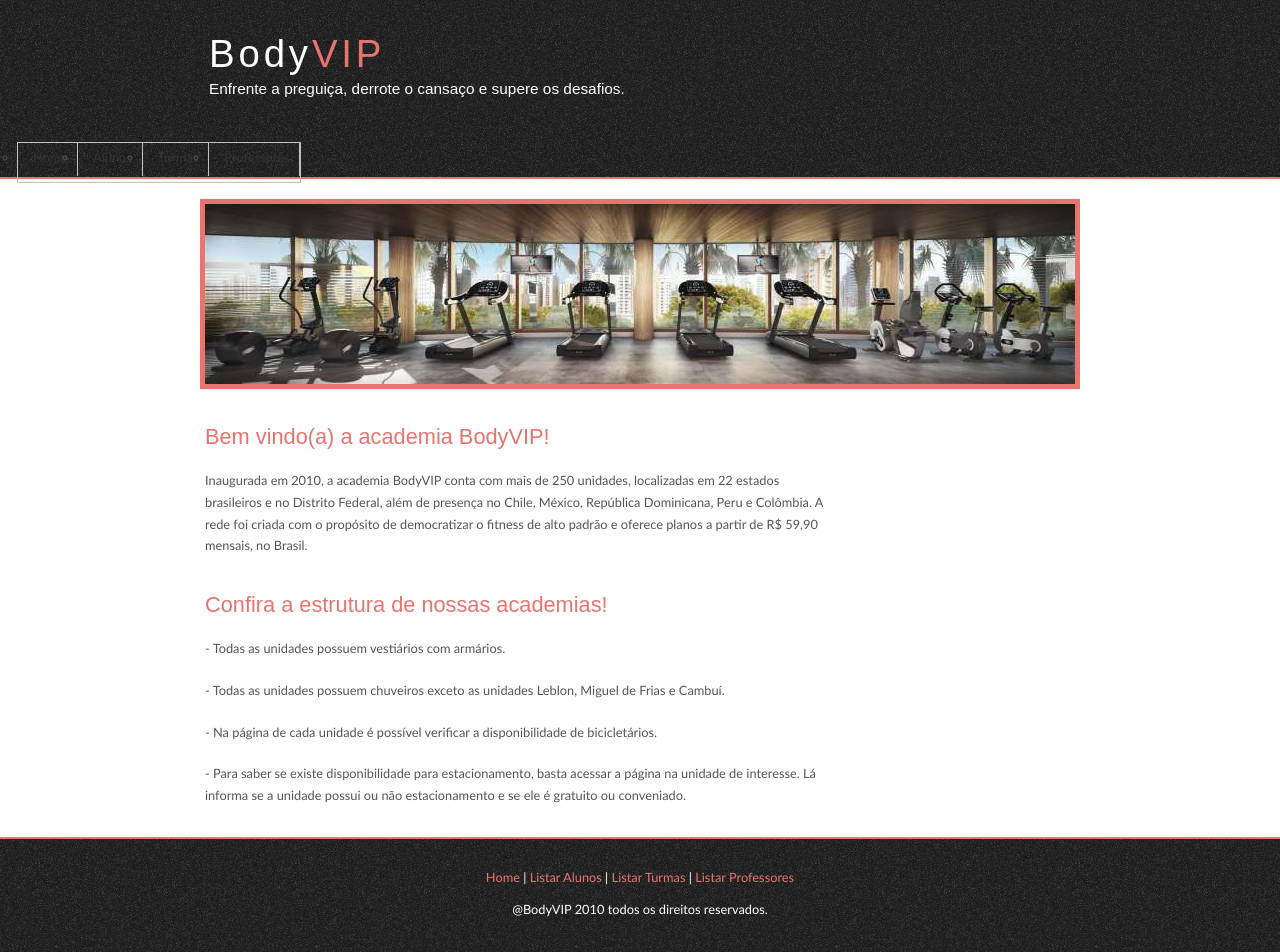
Repository: Thais-Ferreira/Projeto_bodyVIP
Page: http://localhost/BodyVIP/home.jsp
The author's editor kept a copy of each file at every save. The page is drawn from the files as they stood at one save, then again after the next save.
The browser window is 1280 px wide. The pictures show the whole page.
The page is served by Tomcat 9. Other server files are loaded and not shown.

Above is the page before, as saved 2017-06-21 18:58:49.

### BodyVIP/WebContent/home.jsp
<%@ page language="java" contentType="text/html; charset=ISO-8859-1"
    pageEncoding="ISO-8859-1"%>
<!DOCTYPE html PUBLIC "-//W3C//DTD HTML 4.01 Transitional//EN" "http://www.w3.org/TR/html4/loose.dtd">
<html>
<head>
	<meta http-equiv="Content-Type" content="text/html; charset=ISO-8859-1">
	<link rel="stylesheet" type="text/css" href="css/style.css" />
	<title>Home</title>
</head>
<body>
	<div id="main">
    <div id="header">
      <div id="logo">
        <div id="logo_text">
          <h1><a href="home.jsp">Body<span class="logo_colour">VIP</span></a></h1>
          <h2>Enfrente a preguiça, derrote o cansaço e supere os desafios.</h2>
        </div>
      </div>
      <div id="menubar">
        <ul class="menu">
          <li class="selected"><a href="home.jsp">Home</a></li>
          <li><a href="#">Alunos</a>
          	<ul>
          		<li><a href="AlunoController?acao=cadastro">Cadastrar Aluno</a>
          		<li><a href="AlunoController?acao=buscaLista">Listar Alunos</a></li>
          	</ul>
          </li>
          <li><a href="#">Turmas</a>
          	<ul>
          		<li><a href="TurmaController?acao=cadastro">Cadastrar Turma</a></li>
          		<li><a href="TurmaController?acao=buscaLista">Listar Turmas</a></li>
          	</ul>
          </li>
          <li><a href="#">Professores</a>
          	<ul>
          		<li><a href="ProfessorController?acao=cadastro">Cadastrar Professor</a></li>
          		<li><a href="ProfessorController?acao=buscaLista">Listar Professores</a></li>
          	</ul>
          </li>
        </ul>
      </div>
    </div>
    <div id="content_header"></div>
    <div id="site_content">
      <div id="banner"></div>

      <div id="content">
        <h1>Bem vindo(a) a academia BodyVIP!</h1>
        <p>Inaugurada em 2010, a academia BodyVIP conta com mais de 250 unidades, localizadas em 22 estados brasileiros
        e no Distrito Federal, além de presença no Chile, México, República Dominicana, Peru e Colômbia.
        A rede foi criada com o propósito de democratizar o fitness de alto padrão e oferece planos
        a partir de R$ 59,90 mensais, no Brasil.
		</p>
        <h1>Confira a estrutura de nossas academias!</h1>
        <p>- Todas as unidades possuem vestiários com armários.</p>
        <p>- Todas as unidades possuem chuveiros exceto as unidades Leblon, Miguel de Frias e Cambuí.</p>
        <p>- Na página de cada unidade é possível verificar a disponibilidade de bicicletários. </p>
        <p>- Para saber se existe disponibilidade para estacionamento, basta acessar a página na unidade de
        interesse. Lá informa se a unidade possui ou não estacionamento e se ele é gratuito ou conveniado. </p>
      </div>
    </div>
    <div id="content_footer"></div>
    <div id="footer">
      <p><a href="home.jsp">Home</a> | <a href="AlunoController?acao=buscaLista">Listar Alunos</a> | <a href="TurmaController?acao=buscaLista">Listar Turmas</a> | <a href="ProfessorController?acao=buscaLista">Listar Professores</a></p>
      <p>@BodyVIP 2010 todos os direitos reservados.</p>
    </div>
  </div>
</body>
</html>

### BodyVIP/WebContent/css/style.css
@CHARSET "ISO-8859-1";

html
{ height: 100%;}

*
{ margin: 0;
  padding: 0;}

body
{ font: normal .80em 'trebuchet ms', arial, sans-serif;
  background: #FFF;
  color: #555;}

p
{ padding: 0 0 20px 0;
  line-height: 1.7em;}

img
{ border: 0;}

h1, h2, h3, h4, h5, h6
{ color: #E7746F;
  letter-spacing: 0em;
  padding: 0 0 5px 0;}

h1, h2, h3
{ font: normal 170% 'century gothic', arial;
  margin: 0 0 15px 0;
  padding: 15px 0 5px 0;}

h2
{ font-size: 160%;
  padding: 9px 0 5px 0;}

h3
{ font-size: 140%;
  padding: 5px 0 0 0;}

h4, h6
{ color: #009FBC;
  padding: 0 0 5px 0;
  font: normal 110% arial;
  text-transform: uppercase;}

h5, h6
{ color: #888;
  font: normal 95% arial;
  letter-spacing: normal;
  padding: 0 0 15px 0;}

a, a:hover
{ outline: none;
  text-decoration: underline;
  color: #009FBC;}

a:hover
{ text-decoration: none;}

blockquote
{ margin: 20px 0;
  padding: 10px 20px 0 20px;
  border: 1px solid #E5E5DB;
  background: #FFF;}

ul
{ margin: 2px 0 22px 17px;}

ul li
{ list-style-type: circle;
  margin: 0 0 6px 0;
  padding: 0 0 4px 5px;
  line-height: 1.5em;}

ol
{ margin: 8px 0 22px 20px;}

ol li
{ margin: 0 0 11px 0;}

.left
{ float: left;
  width: auto;
  margin-right: 10px;}

.right
{ float: right;
  width: auto;
  margin-left: 10px;}

.center
{ display: block;
  text-align: center;
  margin: 20px auto;}

#main, #logo, #menubar, #site_content, #footer
{ margin-left: auto;
  margin-right: auto;}

#header
{ background: #1d1d1d url(../imagens/pattern.png) repeat;
  border-bottom: 2px solid #E7746F;
  height: 177px;}

#banner
{ background: transparent url(../imagens/banner.jpg) no-repeat;
  width: 870px;
  height: 180px;
  margin-bottom: 20px;
  border: 5px solid #E7746F;}

#logo
{ width: 880px;
  position: relative;
  height: 140px;
  background: transparent;}

#logo #logo_text
{ position: absolute;
  top: 10px;
  left: 0;}

#logo h1, #logo h2
{ font: normal 300% 'century gothic', arial, sans-serif;
  border-bottom: 0;
  text-transform: none;
  margin: 0 0 0 9px;}

#logo_text h1, #logo_text h1 a, #logo_text h1 a:hover
{ padding: 22px 0 0 0;
  color: #FFF;
  letter-spacing: 0.1em;
  text-decoration: none;}

#logo_text h1 a .logo_colour
{ color: #E7746F;}

#logo_text a:hover .logo_colour
{ color: #FFF;}

#logo_text h2
{ font-size: 120%;
  padding: 4px 0 0 0;
  color: #FFF;}

#menubar
{ width: 880px;
  height: 46px;
  list-style:none;
  float:left; }

ul#menu
{ float: left;
  margin: 0; }

ul#menu li
{ float: left;
  padding: 0 0 0 9px;
  position: absolute;
  list-style: none;
  margin: 1px 2px 0 0;
  background: transparent;
  display: none; }

ul#menu li a
{ font: normal 100% 'trebuchet ms', sans-serif;
  display: block;
  float: left;
  height: 20px;
  padding: 6px 35px 5px 28px;
  text-align: center;
  color: #FFF;
  text-decoration: none;
  background: transparent;}

ul#menu li.selected a
{ height: 20px;
  padding: 6px 35px 5px 28px;}

ul#menu li.selected
{ margin: 1px 2px 0 0;
  background: #E7746F;}

ul#menu li.selected a, ul#menu li.selected a:hover
{ background: #E7746F;
  color: #FFF;}

ul#menu li a:hover
{ color: #FFF;
  display: block;
  background: #E7746F;}

#site_content
{ width: 880px;
  overflow: hidden;
  margin: 20px auto 0 auto;
  padding: 0 0 10px 0;}

#sidebar_container
{ float: right;
  width: 224px;}

.sidebar_top
{ width: 222px;
  height: 14px;
  background: transparent url(../imagens/side_top.png) no-repeat;}

.sidebar_base
{ width: 222px;
  height: 14px;
  background: url(../imagens/side_base.png) no-repeat;}

.sidebar
{ float: right;
  width: 222px;
  padding: 0;
  margin: 0 0 16px 0;}

.sidebar_item
{ background: url(../imagens/side_back.png) repeat-y;
  padding: 0 15px;
  width: 192px;}

.sidebar li a.selected
{ color: #444;}

.sidebar ul
{ margin: 0;}

#content
{ text-align: left;
  width: 620px;
  padding: 0 0 0 5px;
  float: left;}

#content ul
{ margin: 2px 0 22px 0px;}

#content ul li, .sidebar ul li
{ list-style-type: none;
  background: url(../imagens/bullet.png) no-repeat;
  margin: 0 0 0 0;
  padding: 0 0 4px 25px;
  line-height: 1.5em;}

#footer
{ width: 100%;
  font-family: 'trebuchet ms', sans-serif;
  font-size: 100%;
  height: 80px;
  padding: 28px 0 5px 0;
  text-align: center;
  background: transparent url(../imagens/pattern.png) repeat;
  border-top: 2px solid #E7746F;
  color: #FFF;}

#footer p
{ line-height: 1.7em;
  padding: 0 0 10px 0;}

#footer a
{ color: #E7746F;
  text-decoration: none;}

#footer a:hover
{ color: #FFF;
  text-decoration: none;}

.search
{ color: #5D5D5D;
  border: 1px solid #BBB;
  width: 134px;
  padding: 4px;
  font: 100% arial, sans-serif;}

.form_settings
{ margin: 15px 0 0 0;}

.form_settings p
{ padding: 0 0 4px 0;}

.form_settings span
{ float: left;
  width: 200px;
  text-align: left;}

.form_settings input, .form_settings textarea
{ padding: 5px;
  width: 299px;
  font: 100% arial;
  border: 1px solid #E5E5DB;
  background: #FFF;
  color: #47433F;}

.form_settings .submit
{ font: 100% arial;
  border: 0;
  width: 99px;
  margin: 0 0 0 212px;
  height: 33px;
  padding: 2px 0 3px 0;
  cursor: pointer;
  background: #E7746F;
  color: #FFF;}

.form_settings textarea, .form_settings select
{ font: 100% arial;
  width: 299px;}

.form_settings select
{ width: 310px;}

.form_settings .checkbox
{ margin: 4px 0;
  padding: 0;
  width: 14px;
  border: 0;
  background: none;}

.separator
{ width: 100%;
  height: 0;
  border-top: 1px solid #D9D5CF;
  border-bottom: 1px solid #FFF;
  margin: 0 0 20px 0;}

table
{ margin: 0 0 30px 0;}

table tr th, table tr td
{ background: #E5E5DB;
  color: #47433F;
  padding: 7px 4px;
  text-align: center;}

table tr td
{ background: #E5E5DB;
  color: #47433F;
  border-top: 1px solid #FFF;}

.menu{
list-style:none;
border:1px solid #c0c0c0;
float:left;
}

.menu li{
position:relative;
float:left;
border-right:1px solid #c0c0c0;
}

.menu li a{color:#333; text-decoration:none; padding:5px 10px; display:block;}

.menu li a:hover{
background:#333;
color:#fff;
-moz-box-shadow:0 3px 10px 0 #CCC;
-webkit-box-shadow:0 3px 10px 0 #ccc;
text-shadow:0px 0px 5px #fff;
}

.menu li  ul{
position:absolute;
top:25px;
left:0;
background-color:#fff;
display:none;
}

.menu li:hover ul, .menu li.over ul{display:block;}

.menu li ul li{
border:1px solid #c0c0c0;
display:block;
width:150px;
}

After the next save:
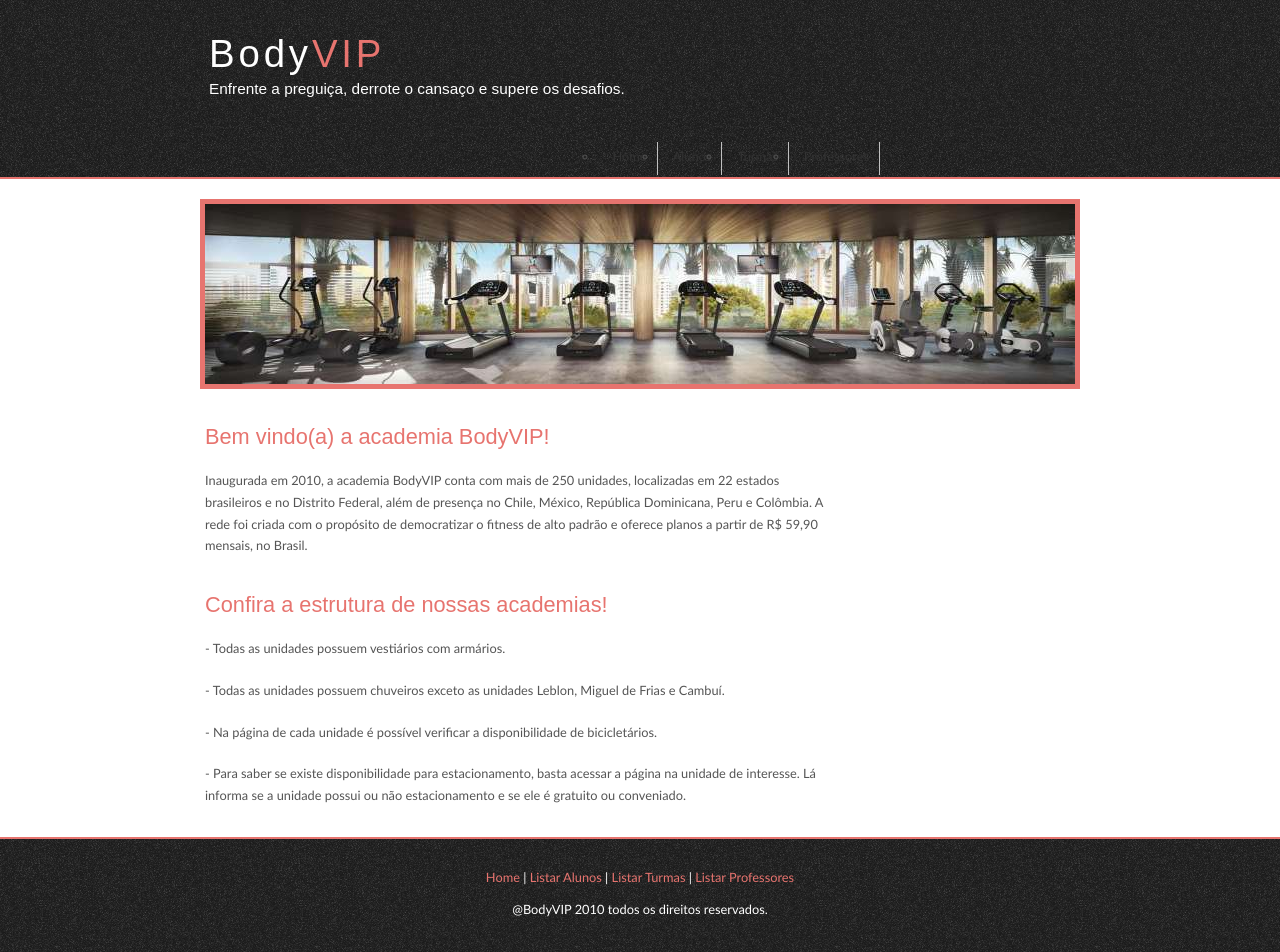
Saved 107 s later.
--- a/BodyVIP/WebContent/css/style.css
+++ b/BodyVIP/WebContent/css/style.css
@@ -340,8 +340,7 @@ table tr td
 
 .menu{
 list-style:none;
-border:1px solid #c0c0c0;
-float:left;
+float:right;
 }
 
 .menu li{
